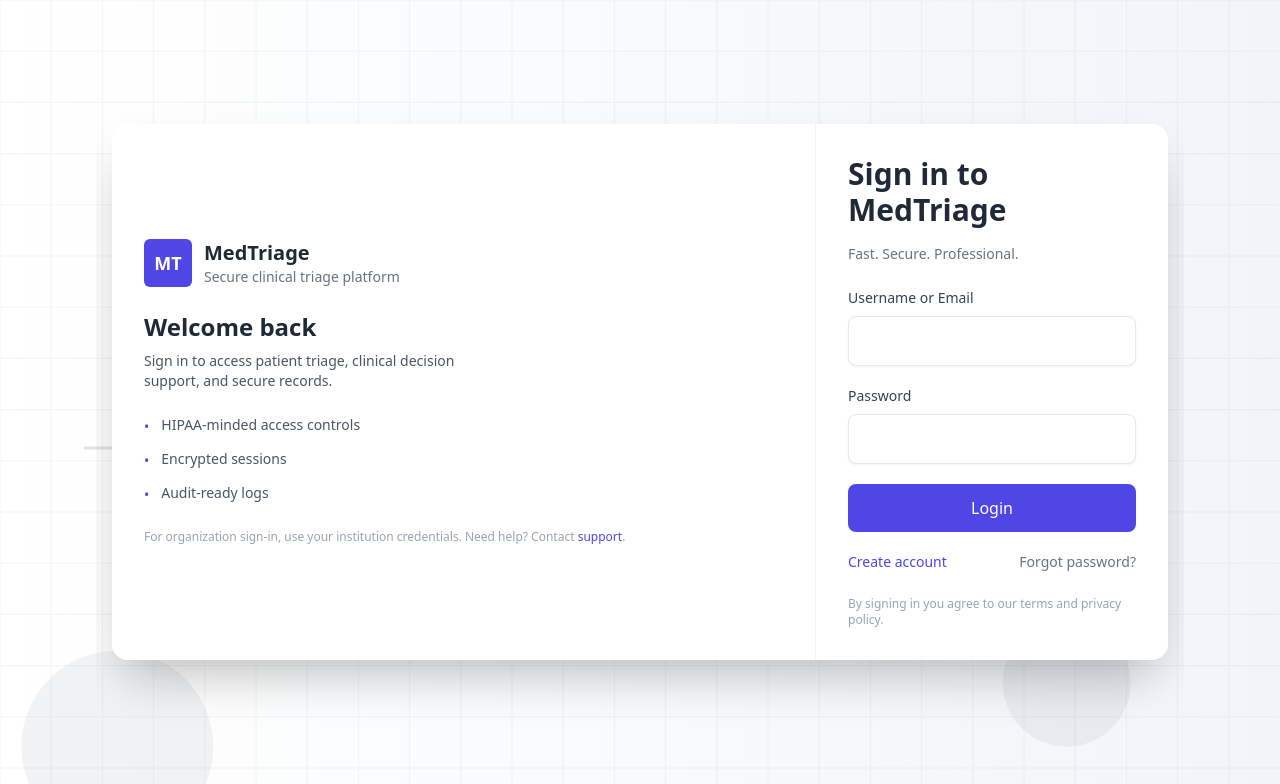
Repository: shakin-shahria/MedTriage-
Page: / (app in frontend/)
These files come from the project's save history. The page is drawn as it stood at one moment and after the next save; the edit follows.
The browser window is 1280 px wide. The pictures show the whole page.
The project was rebuilt for these pictures with package versions that can differ from the ones it lists, and the page was loaded fresh each time. Also part of the build but not shown: frontend/vite.config.js, frontend/src/Register.jsx, frontend/src/Profile.jsx, frontend/src/Admin.jsx, frontend/src/AdminDashboard.jsx, frontend/src/HeartTriage.jsx.

Above is the page before, as saved 2025-10-15 11:28:10.

### frontend/index.html
<!doctype html>
<html>
  <head>
    <meta charset="utf-8" />
    <meta name="viewport" content="width=device-width, initial-scale=1.0" />
    <title>MedTriage Demo</title>
  </head>
  <body>
    <div id="root"></div>
    <script type="module" src="/src/main.jsx"></script>
  </body>
</html>

### frontend/src/index.css
@tailwind base;
@tailwind components;
@tailwind utilities;

body { font-family: ui-sans-serif, system-ui, -apple-system, 'Segoe UI', Roboto, 'Helvetica Neue', Arial }

### frontend/src/Login.jsx
import React, { useState } from 'react'
import { useNavigate, Link } from 'react-router-dom'

export default function Login() {
  const [form, setForm] = useState({ username_or_email: '', password: '' })
  const [loading, setLoading] = useState(false)
  const [error, setError] = useState(null)
  const navigate = useNavigate()

  const handleChange = (e) => {
    setForm({ ...form, [e.target.name]: e.target.value })
  }

  const handleSubmit = async (e) => {
    e.preventDefault()
    setLoading(true)
    setError(null)
    try {
      const res = await fetch('http://127.0.0.1:8000/auth/login', {
        method: 'POST',
        headers: { 'Content-Type': 'application/json' },
        body: JSON.stringify(form),
      })
      if (!res.ok) throw new Error(`Login failed: ${res.status}`)
      const data = await res.json()
      localStorage.setItem('token', data.access_token)
      // Notify other components that auth state changed
      window.dispatchEvent(new Event('auth-change'))
      // After storing the token, probe the profile endpoint to detect the
      // user's role so admins can be sent straight to the Admin dashboard.
      try {
        const profileRes = await fetch('http://127.0.0.1:8000/auth/profile', {
          headers: { 'Authorization': `Bearer ${data.access_token}` },
        })
        if (profileRes.ok) {
          const profile = await profileRes.json()
          if (profile.role === 'admin') {
              // Persist admin token for Admin UI convenience and replace history so back doesn't go to login
              try { localStorage.setItem('medtriage_admin_token', `Bearer ${data.access_token}`) } catch (e) {}
              navigate('/admin-dashboard', { replace: true })
            return
          }
        }
      } catch (e) {
        // ignore profile fetch errors and fall back to profile page
      }

      navigate('/profile')
    } catch (err) {
      setError(err.message)
    } finally {
      setLoading(false)
    }
  }

  return (
    <>
      {/* Diagnostic-themed background SVG: faint grid + ECG waveform + medical icons */}
      <svg aria-hidden="true" className="fixed inset-0 pointer-events-none" preserveAspectRatio="none" xmlns="http://www.w3.org/2000/svg" viewBox="0 0 1200 800">
        <defs>
          <linearGradient id="ecgGrad" x1="0" x2="1">
            <stop offset="0%" stopColor="#ffffff" />
            <stop offset="100%" stopColor="#f1f5f9" />
          </linearGradient>
        </defs>
        <rect width="1200" height="800" fill="url(#ecgGrad)" />

        {/* faint clinical grid */}
        <g stroke="#0f172a" strokeWidth="1" opacity="0.04">
          {Array.from({ length: 25 }).map((_, i) => {
            const x = i * 48
            return <line key={`vx-${i}`} x1={x} y1={0} x2={x} y2={800} />
          })}
          {Array.from({ length: 17 }).map((_, i) => {
            const y = i * 48
            return <line key={`hy-${i}`} x1={0} y1={y} x2={1200} y2={y} />
          })}
        </g>

        {/* ECG waveform path - low contrast and centered */}
        <g transform="translate(80,420)" stroke="#0f172a" strokeWidth="3" fill="none" opacity="0.12">
          <path d="M0 0 L40 0 L56 -36 L72 48 L88 -48 L120 0 L200 0 L216 -24 L232 12 L248 -60 L280 0 L360 0 L376 -20 L392 8 L408 -40 L444 0 L520 0 L560 -50 L600 60 L640 -20 L680 0 L760 0" strokeLinecap="round" strokeLinejoin="round" />
        </g>

        {/* small medical icons (cross, stethoscope circle) */}
        <g transform="translate(920,120)" opacity="0.06" fill="#0f172a">
          <rect x="0" y="0" width="160" height="160" rx="20" />
          <g transform="translate(40,40)" fill="#fff">
            <rect x="30" y="0" width="20" height="60" rx="3" />
            <rect x="0" y="20" width="80" height="20" rx="3" />
          </g>
        </g>

        {/* subtle pulse circles */}
        <g opacity="0.05" fill="#0f172a">
          <circle cx="1000" cy="640" r="60" />
          <circle cx="110" cy="700" r="90" />
        </g>
      </svg>

      <div className="min-h-screen flex items-center justify-center py-12 px-4 bg-transparent relative overflow-hidden">

      <div className="relative z-10 max-w-6xl w-full bg-white rounded-2xl shadow-2xl overflow-hidden grid grid-cols-1 md:grid-cols-3">
        {/* Left: Professional brand panel */}
        <div className="bg-white p-8 flex flex-col items-start justify-center space-y-6 border-r border-gray-100 md:col-span-2">
          <div className="flex items-center space-x-3">
            {/* Simple logo mark */}
            <div className="w-12 h-12 flex items-center justify-center rounded-md bg-indigo-600 text-white font-bold text-lg">MT</div>
            <div>
              <h2 className="text-xl font-semibold text-gray-800">MedTriage</h2>
              <p className="text-sm text-gray-500">Secure clinical triage platform</p>
            </div>
          </div>

          <div className="w-full max-w-xs">
            <h3 className="text-2xl font-semibold text-gray-800">Welcome back</h3>
            <p className="mt-2 text-sm text-gray-600">Sign in to access patient triage, clinical decision support, and secure records.</p>

            <ul className="mt-6 space-y-3 text-sm text-gray-600">
              <li className="flex items-start">
                <span className="mr-3 text-indigo-600 mt-0.5">•</span>
                <span>HIPAA-minded access controls</span>
              </li>
              <li className="flex items-start">
                <span className="mr-3 text-indigo-600 mt-0.5">•</span>
                <span>Encrypted sessions</span>
              </li>
              <li className="flex items-start">
                <span className="mr-3 text-indigo-600 mt-0.5">•</span>
                <span>Audit-ready logs</span>
              </li>
            </ul>
          </div>

          <div className="mt-4 text-xs text-gray-400">
            <p>For organization sign-in, use your institution credentials. Need help? Contact <a href="mailto:support@medtriage.example" className="text-indigo-600">support</a>.</p>
          </div>
        </div>

        {/* Right: Form */}
        <div className="p-8 flex items-center justify-center md:col-span-1">
          <div className="w-full max-w-md">
            <h1 className="text-3xl font-bold text-gray-800 mb-4">Sign in to MedTriage</h1>
            <p className="text-sm text-gray-500 mb-6">Fast. Secure. Professional.</p>
            <form onSubmit={handleSubmit} className="space-y-5">
              <div>
                <label htmlFor="username_or_email" className="block text-sm font-medium text-gray-700 mb-2">Username or Email</label>
                <input
                  id="username_or_email"
                  type="text"
                  name="username_or_email"
                  value={form.username_or_email}
                  onChange={handleChange}
                  className="w-full p-3 border border-gray-200 rounded-lg shadow-sm focus:ring-2 focus:ring-indigo-400 focus:border-transparent"
                  required
                />
              </div>
              <div>
                <label htmlFor="password" className="block text-sm font-medium text-gray-700 mb-2">Password</label>
                <input
                  id="password"
                  type="password"
                  name="password"
                  value={form.password}
                  onChange={handleChange}
                  className="w-full p-3 border border-gray-200 rounded-lg shadow-sm focus:ring-2 focus:ring-indigo-400 focus:border-transparent"
                  required
                />
              </div>
              {error && <p className="text-red-600 text-sm">{error}</p>}
              <button
                type="submit"
                disabled={loading}
                className="w-full px-6 py-3 bg-indigo-600 text-white rounded-lg font-medium hover:bg-indigo-700 disabled:opacity-50 transition-colors"
              >
                {loading ? 'Logging in...' : 'Login'}
              </button>

              <div className="flex items-center justify-between text-sm text-gray-500">
                <Link to="/register" className="text-indigo-600 hover:underline">Create account</Link>
                <a href="#" className="hover:underline">Forgot password?</a>
              </div>
            </form>
            <p className="mt-6 text-xs text-gray-400">By signing in you agree to our terms and privacy policy.</p>
          </div>
        </div>
      </div>
    </div>
    </>
  )
}

Loaded but not shown: frontend/src/main.jsx (common file); frontend/tailwind.config.cjs (common file); frontend/src/App.jsx (373 lines, source omitted)

After the next save:
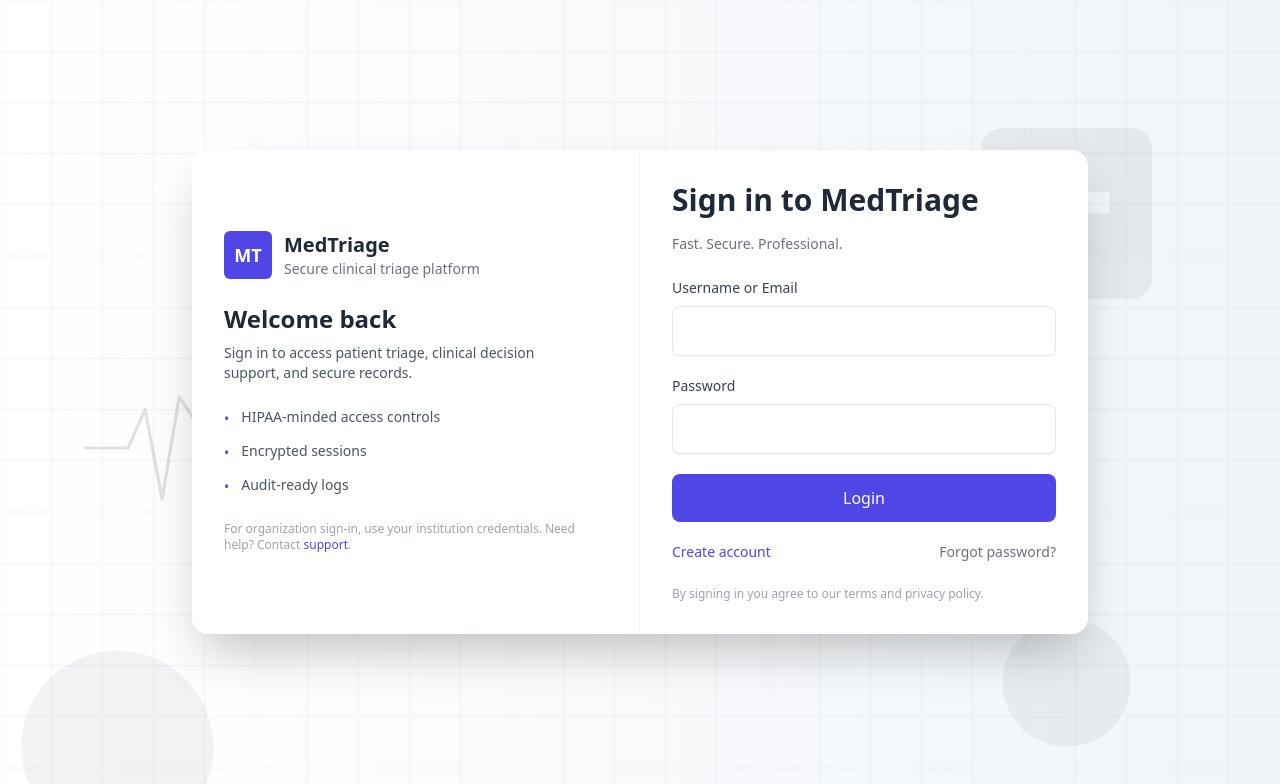
Saved 60 s later.
--- a/frontend/src/Login.jsx
+++ b/frontend/src/Login.jsx
@@ -100,9 +100,9 @@ export default function Login() {
 
       <div className="min-h-screen flex items-center justify-center py-12 px-4 bg-transparent relative overflow-hidden">
 
-      <div className="relative z-10 max-w-6xl w-full bg-white rounded-2xl shadow-2xl overflow-hidden grid grid-cols-1 md:grid-cols-3">
-        {/* Left: Professional brand panel */}
-        <div className="bg-white p-8 flex flex-col items-start justify-center space-y-6 border-r border-gray-100 md:col-span-2">
+      <div className="relative z-10 max-w-4xl w-full bg-white rounded-2xl shadow-2xl overflow-hidden grid grid-cols-1 md:grid-cols-2">
+        {/* Left: Professional brand panel (replaces cartoon SVG) */}
+        <div className="bg-white p-8 flex flex-col items-start justify-center space-y-6 border-r border-gray-100">
           <div className="flex items-center space-x-3">
             {/* Simple logo mark */}
             <div className="w-12 h-12 flex items-center justify-center rounded-md bg-indigo-600 text-white font-bold text-lg">MT</div>
@@ -138,7 +138,7 @@ export default function Login() {
         </div>
 
         {/* Right: Form */}
-        <div className="p-8 flex items-center justify-center md:col-span-1">
+        <div className="p-8 flex items-center justify-center">
           <div className="w-full max-w-md">
             <h1 className="text-3xl font-bold text-gray-800 mb-4">Sign in to MedTriage</h1>
             <p className="text-sm text-gray-500 mb-6">Fast. Secure. Professional.</p>
